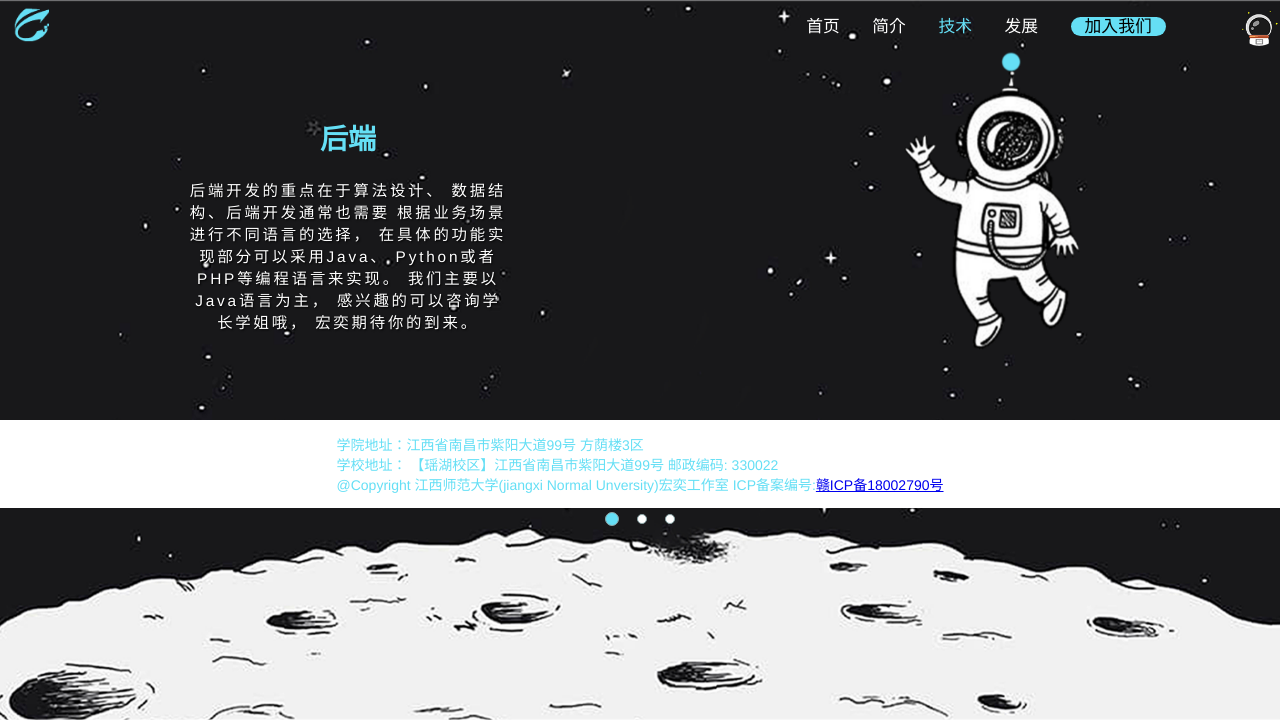
Repository: Homyit20/website
Page: /#/technique
These files come from the project's save history. The page is drawn as it stood at one moment and after the next save; the edit follows.
The browser window is 1280 px wide. The pictures show the whole page.
The project was rebuilt for these pictures with package versions that can differ from the ones it lists, and the page was loaded fresh each time. Also part of the build but not shown: vue.config.js.

Above is the page before, as saved 2021-08-10 20:47:20.

### public/index.html
<!DOCTYPE html>
<html lang="">
  <head>
    <meta charset="utf-8">
    <meta http-equiv="X-UA-Compatible" content="IE=edge">
    <meta name="viewport" content="width=device-width,initial-scale=1.0">
    <link rel="icon" href="<%= BASE_URL %>favicon.ico">
    <!-- <title><%= htmlWebpackPlugin.options.title %></title> -->
    <title><%= htmlWebpackPlugin.options.title %></title>
    <style>
      *{
        cursor: url("火箭.ico"),auto;
      }
      .body{
        overflow-x: hidden;
      }
    </style>
  </head>
  <body class="body">
    <noscript>
      <strong>We're sorry but <%= htmlWebpackPlugin.options.title %> doesn't work properly without JavaScript enabled. Please enable it to continue.</strong>
    </noscript>
    <div id="app"></div>
    <!-- built files will be auto injected -->
  </body>
</html>

### src/main.js
import Vue from 'vue'
import App from './App.vue'
import router from './router'
import store from './store'
// import VueCookies from 'vue-cookies'
// import axios from 'axios'
// import VueAxios from 'vue-axios'
import 'animate.css/animate.min.css'
// Vue.use(VueCookies)
// Vue.use(VueAxios, axios);

Vue.config.productionTip = false

new Vue({
  router,
  store,
  render: h => h(App),
}).$mount('#app')

//报名成功或者已报名才可进入二维码页面
router.beforeEach((to, from, next) => {
  //路由导航
  if (to.meta.islogin) {

    if (store.state.success == 1) {
      next()
    } else {
      next({
        path: from.path
      })
    }
  } else {

    if (to.meta.islogin) {
      if (store.state.success == 1) {
        next()
      } else {
        next({
          path: from.path
        })
      }
    } else {
      next()
    }
  }
})
window.onload = function(){
  document.title = "HOMYIT STUDIO"
}

### src/App.vue
<template>
  <div id="app">
    <router-view></router-view>
  </div>
</template>

<script>
// import NavBar from "./components/enter/enter.vue"
export default {
  name: "App"
};
</script>

<style>
* {
  margin: 0;
  padding: 0;
  box-sizing: border-box;
}
html {
  font-size: 14px;
}
#app {
  font-family: Avenir, Helvetica, Arial, sans-serif;
}
</style>

### src/router/index.js
import Vue from 'vue'
import VueRouter from 'vue-router'

Vue.use(VueRouter);

const routes = [
    {
        path: '/',
        redirect: '/enter',
        meta : {
            title : 'enter'
        }
    },
    {
        path: '/technique',
        component: () => import('../views/technique.vue'),
        meta : {
            title : 'technique'
        }
    },
    {
        path: '/develop',
        component: () => import('../views/develop.vue'),
        meta : {
            title : 'develop'
        }
    },
    {
        path: '/enter',
        component: () => import('../views/enter.vue'),
        meta : {
            title : 'enter'
        }
    },
    {
        path: '/login',
        component: () => import('../views/login.vue'),
        redirect: '/login/loginform',
        children: [{
            path: '/login/loginform',
            component: () => import('../components/content/loginform.vue'),
            meta : {
                title : 'login'
            }
        },
        {
            path: '/login/contact',
            component: () => import('../components/content/contact.vue'),
            meta: {
                islogin: true,
                title : 'contact'
            }
        }
        ]
    },
    {
        path: '/home',
        component: () => import('../views/Home.vue'),
        meta : {
            title : 'home'
        }
    }, {
        path: '/background',
        component: () => import('../views/background.vue'),
        meta : {
            title : 'background'
        }
    },
    {
        path : '/photo',
        component : () => import('../views/photo.vue')
    }
]

const router = new VueRouter({
    routes
})

export default router;

### src/store/index.js
import Vue from 'vue'
import Vuex from 'vuex'

Vue.use(Vuex)

const store = new Vuex.Store({
    state : {
        success : 0,
        isnav : false
    },
    mutations : {
        judge(state){
            state.success = 1
        }
    }
})

export default store;

### src/views/technique.vue
<template>
    <div class="tech-contain">
        <NavBar></NavBar>
        <img class="tech-background" src="../assets/techlogin/images/背景.png">
        <div class="tech-content">
            <div class="tech-box" @touchstart.passive="touchstartdeal">
              <ul class="tech-list">
                <li class="after-details">
                    <div class="tech-after-text tech-text">
                        <h1>后端</h1>
                        <p>
                            后端开发的重点在于算法设计、
                            数据结构、后端开发通常也需要
                            根据业务场景进行不同语言的选择，
                            在具体的功能实现部分可以采用Java、
                            Python或者PHP等编程语言来实现。
                            我们主要以Java语言为主，
                            感兴趣的可以咨询学长学姐哦，
                            宏奕期待你的到来。
                        </p>
                    </div>
                    <div class="tech-after-people">
                        <img src="../assets/techlogin/images/宇航员1.png" class="tech-people">
                    </div>
                </li>
                <li class="before-details">
                    <div class="tech-before-people">
                        <img src="../assets/techlogin/images/宇航员2_03.png" class="tech-people">
                    </div>
                    <div class="tech-before-text tech-text">
                        <h1>前端</h1>
                        <p>
                            前端主要使用 HTML、CSS、JavaScript等
                            专业技能和工具将产品UI设计稿实现成
                            网站产品，涵盖用户PC端、移动端网页
                            处理视觉和交互问题。前端工程师也是
                            互联网时代软件产品研发中不可缺少的
                            一种专业研发角色,快来宏奕学习前端吧。
                        </p>
                    </div>
                </li>
                <li class="ui-details">
                    <div class="tech-ui-text tech-text">
                        <h1>UI</h1>
                        <p>
                            UI负责软件界面的美术设计、创意工作
                            和制作工作；根据各种相关软件的用户群，
                            提出构思新颖有高度吸引力的创意设计；
                            对软件人机交互、操作逻辑、界面美观进行
                            整体设计。UI设计可以让软件变得有个性有品味。
                            快来加入宏奕,让我们一起设计出奇妙又美观的页面吧，
                        </p>
                    </div>
                    <div class="tech-ui-people">
                        <img src="../assets/techlogin/images/宇航员3_03.png" class="tech-people">
                    </div>
                </li>
              </ul>
            </div>
            <div class="tech-slide"><img src="../assets/techlogin/images/滑动.png"></div>
            <ul class="tech-select-list">
                <li class="tech-select-circle tech-select-active" @click='scroll(0)'></li>
                <li class="tech-select-circle" @click='scroll(1)'></li>
                <li class="tech-select-circle" @click='scroll(2)'></li>
            </ul>
        </div>
        <Footer></Footer>
    </div>
</template>

<script>
  import NavBar from '../components/common/nav.vue'
  import Footer from '../components/common/footer.vue'
  let before = 0;
  let after = 0;
  let techtime = null;
  let touchvalue = 0;

  //禁止下拉刷新
  document.body.addEventListener('touchmove', function(e){
      e.preventDefault();
  }, {passive : false})
  export default {
    name : 'Technique',
    data(){
        return {
            techmove : 40
        }
    },
    components : {
        NavBar,
        Footer
    },
    //挂载变量以便对象使用
    created(){
        this.touchdata = {
            touchstartX : null,
            touchstartY : null,
            touchmoveX : null,
            touchmoveY : null,
            touchscrollX : null,
            touchscroolY : null,
            touchdirection : null
        }
    },
    mounted(){
        // 重新进入此组件后 让after before为0
        before = 0;
        after = 0;
    },
    methods:{
        //轮播图制作
        scroll(value){
            before = after;
            after = value;
            let techniqueul = document.getElementsByClassName('tech-list')[0];
            let techniquebox = document.getElementsByClassName('after-details')[0];
            let techniquewidth = techniquebox.offsetWidth;
            let techniqueli = document.getElementsByClassName('tech-select-circle');
            //根据屏幕大小调节移动距离
            if(techniquewidth >= 800){
                this.techmove = 20;
            }else{
                this.techmove = 4;
            }

            //改变圆圈的样式
            techniqueli[before].classList.remove('tech-select-active');
            techniqueli[after].classList.add('tech-select-active');

            //控制内容的轮播
            clearInterval(techtime);
            techtime = setInterval(() =>{
                if(after > before){
                    if(techniqueul.offsetLeft <= -techniquewidth*value + this.techmove){
                        clearInterval(techtime);
                    }
                    techniqueul.style.left = techniqueul.offsetLeft - this.techmove + 'px';
                }else if(before == after){
                    techniqueul.style.left = -techniquebox.offsetWidth*value + 'px';
                     clearInterval(techtime);
                }
                else{
                      if(techniqueul.offsetLeft >= -techniquewidth*value -this.techmove){
                        clearInterval(techtime);
                      }
                      techniqueul.style.left = techniqueul.offsetLeft + this.techmove + 'px';
                }
            },3)

            //屏幕缩放
            window.onresize = function(){
                let techniquewidth = techniquebox.offsetWidth;
                techniqueul.style.left = -techniquewidth*value + 'px';
                if(techniquewidth >= 800){
                    this.techmove = 20;
                }else{
                    this.techmove = 4;
                }
            }
        },
        //移动端手指滑动效果制作
        touchstartdeal(e){
            let techniqueul = document.getElementsByClassName('tech-list')[0];
            //啥叫第一个touches?
            let touchstart = e.targetTouches[0];
            this.touchstartX = touchstart.clientX;
            this.touchstartY = touchstart.clientY;
            //监听touchmove touchend
            techniqueul.addEventListener('touchmove', this.touchmovedeal,false);
            techniqueul.addEventListener('touchend', this.touchenddeal, false);
        },
        touchmovedeal(event){
            //当屏幕有多个touch或者页面被缩放过，就不执行move操作
            let techniquebox = document.getElementsByClassName('after-details')[0];
            let techniquewidth = techniquebox.offsetWidth;
            if (event.targetTouches.length > 1 || event.scale && event.scale !== 1) return;
            let techniqueul = document.getElementsByClassName('tech-list')[0];
            let touchmove = event.targetTouches[0];
            this.touchmoveX = touchmove.clientX;
            this.touchmoveY = touchmove.clientY;
            this.touchscrollX = this.touchmoveX - this.touchstartX;
            this.touchscrollY = this.touchmoveY - this.touchstartY;
            this.touchdirection = Math.abs(this.touchscrollX) > Math.abs(this.touchscrollY) ? 1 : 0;
            //竖滑阻止默认事件
           //需要判断是否事件可以被取消
            if(this.touchdirection == 0 && event.cancelable){
                event.preventDefault()
                techniqueul.style.left = -techniquewidth*touchvalue + 'px';
                //默认事件是滚动
            }
            techniqueul.style.left = techniqueul.offsetLeft + this.touchscrollX + 'px';
        },
        touchenddeal(){
            let techniqueul = document.getElementsByClassName('tech-list')[0];
            let techniquebox = document.getElementsByClassName('after-details')[0];
            let techniquewidth = techniquebox.offsetWidth;
            let techniqueli = document.getElementsByClassName('tech-select-circle');
            if(this.touchscrollX < 0){
                //小于20滑动
                if(this.touchscrollX < -30){
                    //touchvalue值改变之前，移除前一个圈圈的样式，同步before
                    touchvalue = after
                    techniqueli[touchvalue].classList.remove('tech-select-active');
                    before = touchvalue;
                    touchvalue++;
                    techniqueul.style.left = -techniquewidth*touchvalue + 'px';
                    if(touchvalue > 2){
                        touchvalue = 0;
                        techniqueul.style.left = -techniquewidth*touchvalue + 'px';
                    }
                    techniqueli[touchvalue].classList.add('tech-select-active');
                    //同步网页端小圆圈和轮播
                    after = touchvalue;
                    techniqueli[before].classList.remove('tech-select-active');
                    techniqueli[after].classList.add('tech-select-active');
                    window.onresize = function(){
                    let techniquewidth = techniquebox.offsetWidth;
                    techniqueul.style.left = -techniquewidth*after + 'px';
                    }
                    //清除数据残留
                    this.touchscrollX = 0;
                }else{
                    techniqueul.style.left = -techniquewidth*touchvalue + 'px';
                }
            }
            if(this.touchscrollX > 0 ){
                //大于20滑动
                if(this.touchscrollX > 30){
                    //点完后滑动后 touch value before同步
                    touchvalue = after
                    techniqueli[touchvalue].classList.remove('tech-select-active');
                    before = touchvalue;
                    touchvalue--;
                    techniqueul.style.left = -techniquewidth*touchvalue + 'px';
                    if(touchvalue < 0){
                        touchvalue = 2;
                        techniqueul.style.left = -techniquewidth*touchvalue + 'px';
                    }
                    techniqueli[touchvalue].classList.add('tech-select-active');
                    //after与圆圈样式 移动位置同步
                    after = touchvalue;
                    techniqueli[before].classList.remove('tech-select-active');
                    techniqueli[after].classList.add('tech-select-active');
                    window.onresize = function(){
                    let techniquewidth = techniquebox.offsetWidth;
                    techniqueul.style.left = -techniquewidth*after + 'px';
                    }
                    //清除数据残留
                    this.touchscrollX = 0;
                }else{
                    techniqueul.style.left = -techniquewidth*touchvalue + 'px';
                }
                //取消监听 放在其他页面滑动造成连动效果
                techniqueul.removeEventListener('touchmove', this.touchmovedeal,false);
                techniqueul.removeEventListener('touchend', this.touchenddeal, false);
            }
        }
    }
}
</script>

<style>
  /* 背景设置 */
  .tech-contain .tech-background{
      position: absolute;
       top: 0;
      width: 100vw;
      height: 100%;
      object-fit: cover;
      z-index: -100;
    }


  .tech-contain .tech-content{
      width: 100vw;
      display: flex;
      flex-direction: column;
      align-items: center;
    }

    /* 介绍部分 */
    /* 没有这个盒子包裹 怎么ul回跑呢 */
    .tech-box{
        position: relative;
        width: 100vw;
        min-height: 30rem;
        overflow: hidden;
        top: 2vh;
    }
    .tech-slide{
        position: absolute;
        bottom: 25vh;
        right: 0;
        display: none;
    }
  .tech-content .tech-list{
      position: absolute;
      left: 0;
      display: flex;
      align-items: center;
      justify-content: flex-start;
      width: 350rem;
      height: 100%;
      margin: 0;
      padding: 0;
  }

  /* 字体统一设置 */
  .tech-list h1{
      text-align: center;
      color: #65dff5;
  }
  .tech-list  p{
      padding-top: 1.5rem;
      text-align: center;
      color: #fff;
      font-size: 1.1rem;
      letter-spacing: 0.2rem;
      text-shadow: 1px 1px 2px #000;
  }

    /* 移动端响应式 */

    @media screen and (max-width : 500px) {
        .tech-box{
          top: 8vh;
    }
        .after-details,
        .before-details,
        .ui-details{
            display: flex;
            flex-direction: column;
            align-items: center;
            width: 100vw;
        }
        .tech-list p {
            font-size: 0.9rem;
        }
        .tech-people{
            width: 10rem;
        }
        .tech-contain .tech-content .tech-select-list{
            position: absolute;
            bottom: 20vh;
        }
        .tech-slide{
            display: block;
        }
    }

  /* 后端部分 */

 .tech-list .after-details{
      display: flex;
      justify-content: space-around;
      align-items: center;
      width: 100vw;
      height: 100%;
  }
  .after-details .tech-after-text{
      width: 23rem;
      /* background-color: green; */
  }
  .after-details .tech-after-people img{
      max-width: 15rem;
      animation: animate 2s infinite ease-in-out;
  }



   /* 前端部分 */
  .tech-list .before-details{
      display: flex;
      justify-content: space-around;
      align-items: center;
      width: 100vw;
      height: 100%;
  }
    .before-details .tech-before-text{
      width: 23rem;
      /* background-color: green; */
    }
    .before-details .tech-before-people img{
      max-width: 15rem;
      animation: animate 2s infinite ease-in-out;
    }

    /* ui部分 */
    .tech-list .ui-details{
      display: flex;
      justify-content: space-around;
      align-items: center;
      width: 100vw;
      height: 100%;
  }
    .ui-details .tech-ui-text{
      width: 23rem;
      /* background-color: green; */
    }
    .ui-details .tech-ui-people img{
      max-width: 15rem;
      animation: animate 2s infinite ease-in-out;
    }

     /* 动画效果 */

     @keyframes animate{
         0%{
             transform: translateY(1rem);
         }
         50%{
             transform: translateY(-1.1rem);
         }
         100%{
             transform: translateY(1rem);
         }
     }
    /* 小圈圈 */
    .tech-content .tech-select-list{
        position: absolute;
        bottom: 27vh;
        width: 5rem;
        display: flex;
        justify-content: space-between;
        align-items: center;
        list-style: none;
        margin: 0;
        padding: 0;
    }
    /* 当屏幕大于1500px时 */
    @media screen and (min-width : 1500px){
       .tech-box{
            top: 4rem;
        }
        .tech-box .tech-text{
            width: 32rem;
        }
        .tech-list p {
            font-size: 1.5rem;
        }
        .tech-people{
            width: 18rem;
        }
        .tech-select-list .tech-select-circle{
           width: 1rem;
           height: 1rem;
           border-radius: 50%;
           background-color: #fff;
           border: 1px solid #8da7a9;
        }
        .tech-select-list .tech-select-active{
           width: 1.4rem;
           height: 1.4rem;
           border-radius: 50%;
           background-color: #65dff5;
           border: 1px solid #8da7a9;
        }
    }
        .tech-select-circle{
          width: 0.7rem;
          height: 0.7rem;
          border-radius: 50%;
          background-color: #fff;
          border: 1px solid #8da7a9;
        }
        .tech-select-active{
           width: 1rem;
           height: 1rem;
           border-radius: 50%;
           background-color: #65dff5;
           border: 1px solid #8da7a9;
        }

    /* 改变placeholder的颜色 */

  ::-webkit-input-placeholder { /* WebKit browsers */
      color: rgb(156, 154, 154);
  }

  ::-moz-placeholder { /* Mozilla Firefox 19+ */
    color: rgb(156, 154, 154);
  }

  :-ms-input-placeholder { /* Internet Explorer 10+ */
    color: rgb(156, 154, 154);
  }
</style>

### src/components/common/nav.vue
<template>
  <div class="nav">
    <div class="nav-logo" @click="toHome">
      <img src="../../assets/techlogin/images/logo_03.png"/>
    </div>
    <div class="nav-list">
      <ul class="nav-list-ul">
        <li>
          <router-link
            to="/home"
            class="nav-link-class"
            active-class="nav-link-active"
            >首页</router-link
          >
        </li>
        <li>
          <router-link
            to="/background"
            class="nav-link-class"
            active-class="nav-link-active"
            >简介</router-link
          >
        </li>
        <li>
          <router-link
            to="/technique"
            class="nav-link-class"
            active-class="nav-link-active"
            >技术</router-link
          >
        </li>
        <li>
          <router-link
            to="/develop"
            class="nav-link-class"
            active-class="nav-link-active"
            >发展</router-link
          >
        </li>
        <li>
          <router-link
            to="/login"
            class="nav-link-class nav-link-login"
            active-class="nav-join-class"
            >加入我们</router-link
          >
        </li>
      </ul>
      <div class="nav-list-img">
        <img src="../../assets/techlogin/images/小宇航员_07.png" />
      </div>
    </div>
  </div>
</template>

<script>
export default {
  name: "navbar",
  methods : {
    toHome(){
      if(this.$route.path != '/home'){
        this.$router.push({
          path : '/home'
        })
      }
    }
  }
};
</script>

<style>
.nav {
  position: absolute;
  top: 0;
  z-index: 100;
  display: flex;
  justify-content: space-between;
  align-items: center;
  width: 100vw;
  height: 3.5rem;
}
.nav-logo img {
  width: 2.5rem;
  height: 2.5rem;
  margin-top: 0.25rem;
  margin-left: 1rem;
  object-fit: cover;
}
.nav .nav-list {
  display: flex;
  justify-content: space-between;
  align-items: center;
  width: 35rem;
}
.nav-list .nav-list-ul {
  width: 80%;
  height: 100%;
  display: flex;
  align-items: center;
  justify-content: space-around;
  list-style: none;
  font-size: 1.2rem;
  color: #fff;
}
.nav-link-class {
  color: #fff;
  text-decoration: none;
}
.nav-link-active {
  color: #65dff5;
}
.nav-list-img {
  width: 3rem;
  height: 3rem;
  display: flex;
  flex-direction: column;
  position: relative;
}
.nav-list .nav-list-img img {
  width: 3rem;
  height: 3rem;
  display: flex;
  flex-direction: column;
  position: relative;
}
.nav-list .nav-list-img img {
  width: 3rem;
  height: 3rem;
  object-fit: cover;
}

/* img响应式 */
@media screen and (max-width: 500px) {
  .nav .nav-list {
    display: flex;
    justify-content: space-around;
    align-items: center;
    width: 23rem;
  }
  .nav .nav-list .nav-list-ul {
    width: 100%;
  }
  .nav-logo img {
    width: 2rem;
    height: 2rem;
    object-fit: cover;
  }
  .nav .nav-list .nav-list-img {
    display: none;
  }
  .nav .nav-list .nav-list-img img {
    display: none;
  }
  .nav .nav-link-login {
    padding: 0 0.5rem;
  }
}
.nav-link-login {
  color: #000;
  padding: 0 1rem;
  background-color: #65dff5;
  border-radius: 1rem;
}
.nav-join-class{
  box-shadow: 1px 1px 8px #fff;
}
</style>

### src/components/common/footer.vue
<template>
  <div class="footer">
    <div class="footer-content">
      <p>学院地址：江西省南昌市紫阳大道99号 方荫楼3区</p>
      <p>学校地址： 【瑶湖校区】江西省南昌市紫阳大道99号 邮政编码: 330022</p>
      <p>@Copyright 江西师范大学(jiangxi Normal Unversity)宏奕工作室 ICP备案编号:<a href="https://beian.miit.gov.cn/#/Integrated/index">赣ICP备18002790号</a></p>
    </div>
  </div>
</template>

<script>
  export default {
    name : 'footer'
  }
</script>

<style>
  .footer{
    display: flex;
    justify-content: center;
    width: 100vw;
    background-color: #fff;
  }
  .footer-content{
    color: #65dff5;
    margin: 1rem 0;
  }
</style>

After the next save:
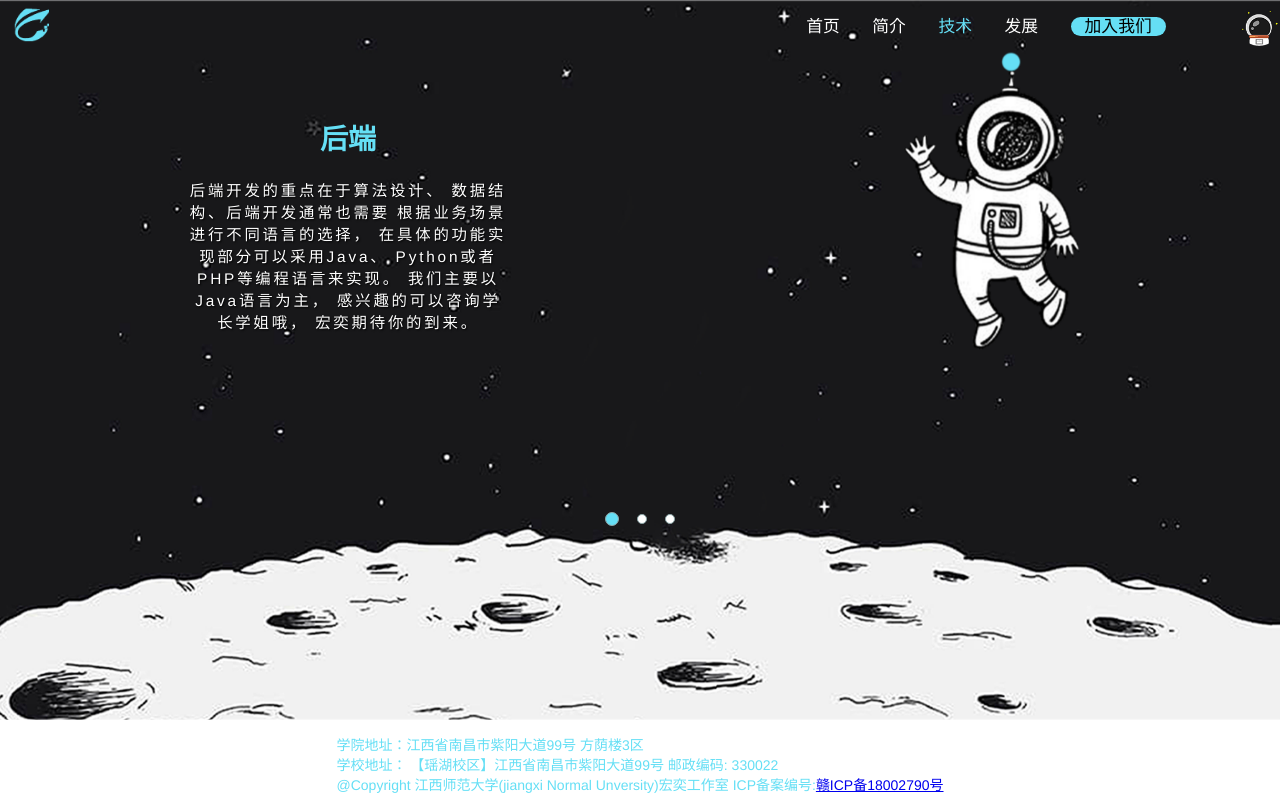
Saved 85 s later.
--- a/src/views/technique.vue
+++ b/src/views/technique.vue
@@ -274,6 +274,7 @@
 
   .tech-contain .tech-content{
       width: 100vw;
+      height: 100vh;
       display: flex;
       flex-direction: column;
       align-items: center;
